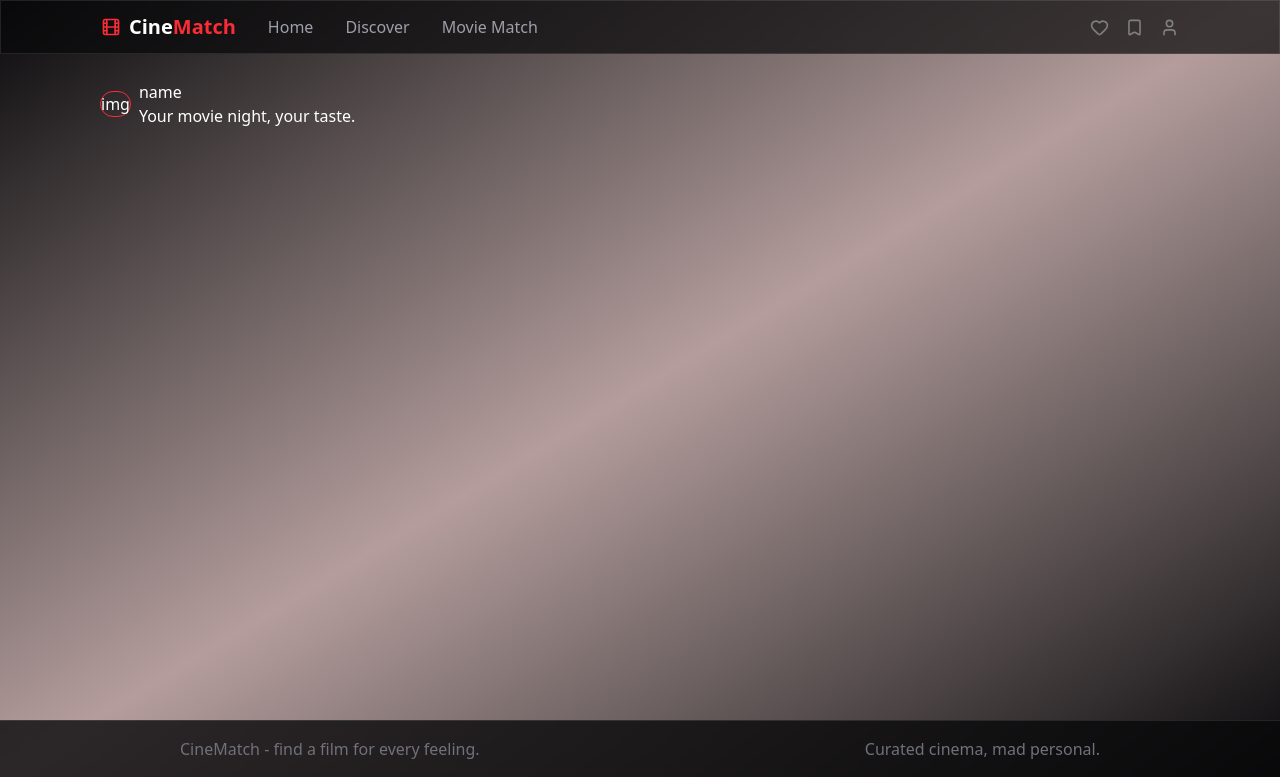
Repository: Mahak182005/CineMatch
Page: /profile
The author's editor kept a copy of each file at every save. The page is drawn from the files as they stood at one save, then again after the next save.
The browser window is 1280 px wide. The pictures show the whole page.
The project was rebuilt for these pictures with package versions that can differ from the ones it lists, and the page was loaded fresh each time. Also part of the build but not shown: vite.config.js, src/Components/Mood.jsx, src/Data/MoodData.js, src/Data/api.js, src/Components/MovieCart.jsx, src/Logic/search.js, src/pages/Home.jsx, src/Components/MovieMatchOpt.jsx and 4 more.

Above is the page before, as saved 2026-10-12 15:05:57.

### index.html
<!doctype html>
<html lang="en">
  <head>
    <meta charset="UTF-8" />
    <link rel="icon" type="image/svg+xml" href="/favicon.svg" />
    <meta name="viewport" content="width=device-width, initial-scale=1.0" />
    <title>movie-explorer</title>
  </head>
  <body>
    <div id="root"></div>
    <script type="module" src="/src/main.jsx"></script>
  </body>
</html>

### src/main.jsx
import Router from './router/Router.jsx'
import { createRoot } from 'react-dom/client'
import './index.css'

createRoot(document.getElementById('root')).render(
  <Router />
)

### src/router/Router.jsx
import { createBrowserRouter } from "react-router-dom";
import {Home} from "../pages/Home";
import {RouterProvider} from "react-router-dom";
import { MovieMatch } from "../pages/MovieMatch";
import { Favorites } from "../pages/Favorites";
import {Watchlist} from "../pages/Watchlist"
import { Profile } from "../pages/Profile";
import { Discover } from "../pages/Discover";
import {Layout} from "../Layout/Layout";

const router = createBrowserRouter([
    {
         path: "/",
        element: <Layout />,
        children: [
            {
                index: true,
                element: <Home />
            },
            {
                path: "/discover",
                element: <Discover />
            },
            {
                path: "match",
                element: <MovieMatch />
            },
            {
                path: "fav",
                element: <Favorites />
            },
            {
                path: "watchlist",
                element: <Watchlist />
            },
            {
                path: "profile",
                element: <Profile />
            }
        ]
    }
])
function AppRouter() {
    return <RouterProvider router={router} />;
}

export default AppRouter;

### src/index.css
@import "tailwindcss";
html,
body,
#root {
  margin: 0;
  padding: 0;
  width: 100%;
  box-sizing: border-box
}

### src/pages/Profile.jsx
export function Profile(){
    return(
        <>
            <div className="h-screen py-20 px-25">
                <div className="flex gap-2 items-center">
                    <div className="text-white border-1 border-red-500 rounded-2xl">
                        img
                    </div>
                    <div className="text-white">
                        <p>name</p>
                        <p>Your movie night, your taste.</p>
                    </div>
                </div>
            </div>
        </>
    )
}

### src/Layout/Layout.jsx
import { Outlet } from "react-router-dom"
import {Header} from "../Components/Header"
import { Footer } from "../Components/Footer"
export function Layout(){
    return(
        // <div className="bg-[#091424] min-h-screen">
        <div className="bg-gradient-to-br from-zinc-950 via-red-950/40 to-zinc-950">
            <Header />
            <Outlet />
            <Footer />
        </div>
    )
}

### src/Components/Header.jsx
import { Link } from "react-router-dom";
export function Header(){
    return(
        <header className="w-full max-w-full fixed">
            <div className="flex justify-between gap-20 items-center border-1 border-gray-800  bg-zinc-950/70 backdrop-blur-md border-b border-white/10 py-3 px-25">
                    <div className="flex items-center gap-8">
                        <Link to="/">
                            <div className="flex items-center gap-2">
                                <div className="text-red-500">
                                    <svg xmlns="http://www.w3.org/2000/svg" width="24" height="24" viewBox="0 0 24 24" fill="none" stroke="currentColor" strokeWidth="2" strokeLinecap="round" strokeLinejoin="round" className="lucide lucide-film size-5" aria-hidden="true"><rect width="18" height="18" x="3" y="3" rx="2"></rect><path d="M7 3v18"></path><path d="M3 7.5h4"></path><path d="M3 12h18"></path><path d="M3 16.5h4"></path><path d="M17 3v18"></path><path d="M17 7.5h4"></path><path d="M17 16.5h4"></path></svg>
                                </div>
                                <p className="font-semibold text-xl text-white font-bold">Cine<span className="text-red-500">Match</span></p>
                            </div>
                        </Link>
                    <div className="flex gap-8">
                        <Link to="/"><div className="text-zinc-400 hover:text-white transition-colors">Home</div></Link>
                        <Link className="text-zinc-400 hover:text-white transition-colors" to="/discover">Discover</Link>
                        <Link className="text-zinc-400 hover:text-white transition-colors" to="/match">Movie Match</Link>
                        {/* <Link className="text-gray-500" to="/browse">Browser</Link> */}
                    </div>
                </div>
                <div className="flex gap-8 items-center">
                  {/* <img src="https://images.openai.com/static-rsc-4/xpLf_iDkSa24squI-Ip5QKZDulp0bh7B7cuwtMJkyvB3GZ-utHOG7STBEdMhCHi332WpSdAey1vEcinOtZuM0vqtNlfz2iFG4NJkjVUb6CCT1gYCvnhXDTZPIKbWEkUhrQU-C51ka7CL4NYJu1wmD4mK8NLTfRdr_e0rAs2OP8c?purpose=inline" alt="image" className="w-6 h-5 "/> */}
                  <div className="flex gap-4 items-center">
                        <Link className="text-zinc-400 hover:text-red-500" to="fav"><div><svg xmlns="http://www.w3.org/2000/svg" width="19" height="19" viewBox="0 0 24 24" fill="none" stroke="gray" strokeWidth="2" strokeLinecap="round" strokeLinejoin="round" className="lucide lucide-heart" aria-hidden="true"><path d="M2 9.5a5.5 5.5 0 0 1 9.591-3.676.56.56 0 0 0 .818 0A5.49 5.49 0 0 1 22 9.5c0 2.29-1.5 4-3 5.5l-5.492 5.313a2 2 0 0 1-3 .019L5 15c-1.5-1.5-3-3.2-3-5.5"></path></svg></div></Link>
                        <Link className="text-zinc-400 hover:text-red-500" to="/watchlist">
                            <svg
                                xmlns="http://www.w3.org/2000/svg"
                                width="19"
                                height="19"
                                viewBox="0 0 24 24"
                                fill="none"
                                stroke="gray"
                                strokeWidth="2"
                                strokeLinecap="round"
                                strokeLinejoin="round"
                            >
                                <path d="M17 3a2 2 0 0 1 2 2v15a1 1 0 0 1-1.496.868l-4.512-2.578a2 2 0 0 0-1.984 0l-4.512 2.578A1 1 0 0 1 5 20V5a2 2 0 0 1 2-2z" />
                            </svg>
                        </Link>
                        <Link className="text-zinc-400 hover:text-red-500" to="/profile"><div className=""><svg xmlns="http://www.w3.org/2000/svg" width="19" height="19" viewBox="0 0 24 24" fill="none" stroke="gray" strokeWidth="2" strokeLinecap="round" strokeLinejoin="round" className="lucide lucide-user" aria-hidden="true"><path d="M19 21v-2a4 4 0 0 0-4-4H9a4 4 0 0 0-4 4v2"></path><circle cx="12" cy="7" r="4"></circle></svg></div></Link>
                    </div>
                </div>
            </div>
       </header>
    )
}

### src/Components/Footer.jsx
export function Footer(){
    return(
        <>
            <div className="bg-zinc-950/80 backdrop-blur-md border-t border-white/10 text-zinc-500 py-4">
                <div className="flex justify-between px-45">
                    <p>CineMatch - find a film for every feeling.</p>
                    <p>Curated cinema, mad personal.</p>
                </div>
            </div>
        </>
    )
}

After the next save:
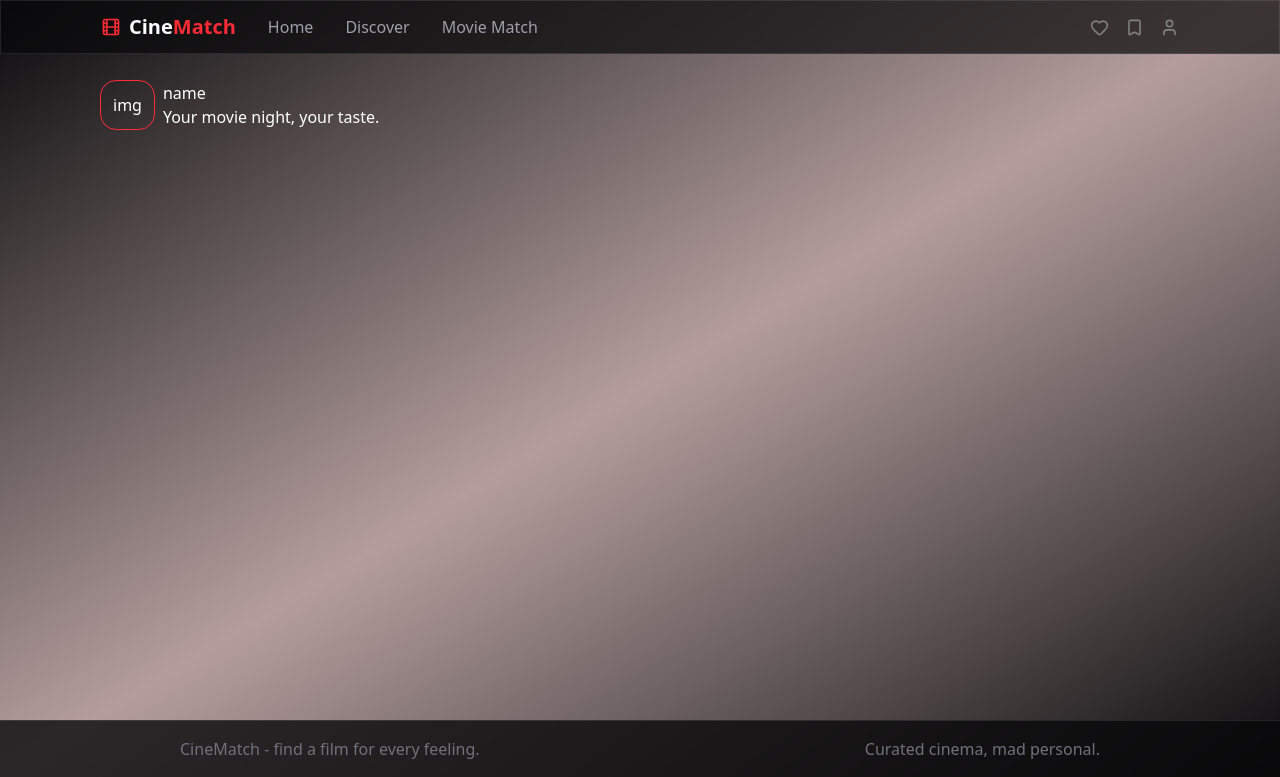
Saved 4 s later.
--- a/src/pages/Profile.jsx
+++ b/src/pages/Profile.jsx
@@ -3,7 +3,7 @@
         <>
             <div className="h-screen py-20 px-25">
                 <div className="flex gap-2 items-center">
-                    <div className="text-white border-1 border-red-500 rounded-2xl">
+                    <div className="text-white border-1 border-red-500 rounded-2xl p-3">
                         img
                     </div>
                     <div className="text-white">
